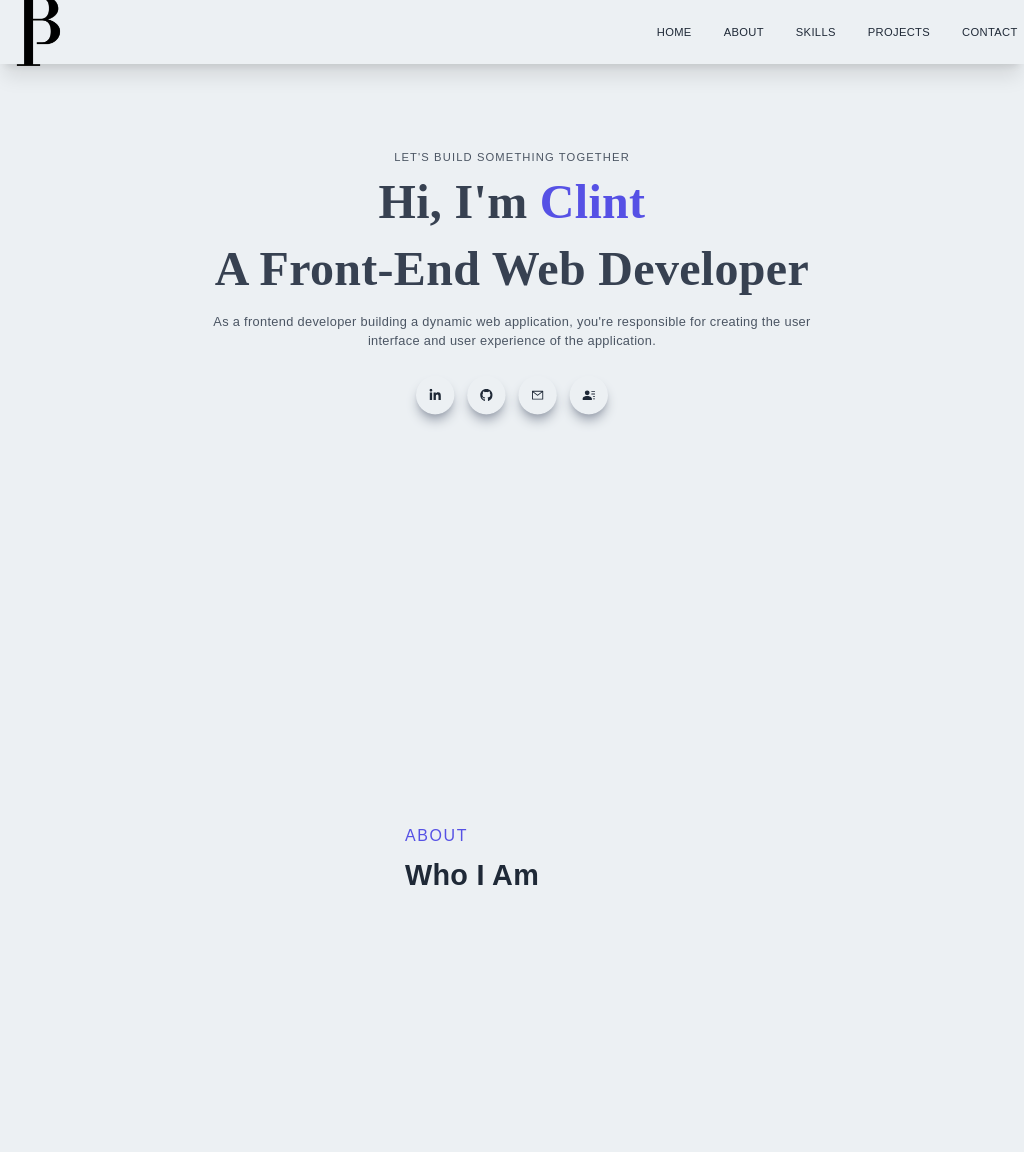
Repository: bittu-Patel/portfolio-resume-next-js
Page: /
An editor plug-in stored every save of this project. The page is shown before and after the next save, followed by the edit.
The browser window is 1280 px wide. The pictures show the whole page, at 80% of full size.
The project was rebuilt for these pictures with package versions that can differ from the ones it lists, and the page was loaded fresh each time. The framework's server and built-in components were replaced by stand-ins that run in the browser. Also part of the build but not shown: next.config.js.

Above is the page before, as saved 2023-09-22 13:29:35.

### pages/_app.js

import '../styles/globals.css'

 function App({ Component, pageProps }) {
  return <Component {...pageProps} />
}

export default App

### pages/index.js
import About from '../components/About.jsx'
import Main from '../components/Main.jsx'
import Navbar from '../components/Navbar.jsx'
import React from 'react'

const index = () => {
  return (
    <div>
      <Navbar />
     <Main />
     <About />
    </div>
  )
}

export default index

### components/About.jsx
import React from 'react'

const About = () => {
  return (
    <div className='w-full md:h-screen p-2  flex items-center py-16'>
        <div className='max-w-[1240] m-auto md:grid grid-cols-3 gap-8'>
            <div className='col-span-2'>
                <p className='uppercase text-xl tracking-widest text-[#5651e5]'>About</p>

                <h2 className='py-4'>Who I Am</h2>



                <p></p>

            </div>
            <div></div>
        </div>
    </div>
  )
}

export default About

### components/Main.jsx
import { AiOutlineMail } from 'react-icons/ai'
import { BsFillPersonLinesFill } from 'react-icons/bs';
import { FaGithub, FaLinkedinIn } from 'react-icons/fa'

const Main = () => {
  return (
    <div className='w-full h-screen text-center'>
      <div className='max-w-[1240px] w-full h-full mx-auto p-2 flex justify-center items-center'>
        <div>
<p className='uppercase text-sm tracking-widest text-gray-600'>Let&apos;S build something together</p>
<h1 className='py-4 text-gray-700'>
            Hi, I&#39;m <span className='text-[#5651e5]'> Clint</span>
          </h1>
          <h1 className=' py-2 text-gray-700'>
          A Front-End Web Developer
          </h1>
          <p className='py-4 text-gray-600 max-w-[70%] m-auto'>As a frontend developer building a dynamic web application, you&apos;re responsible for creating the user interface and user experience of the application.</p>
        <div className=' gap-4 flex items-center justify-center max-w-[330px] m-auto py-4'>
<div className='rounded-full shadow-lg shadow-gray-400 p-4 cursor-pointer hover:scale-105 ease-in duration-300'>
  <FaLinkedinIn />
</div>
<div className='rounded-full shadow-lg shadow-gray-400 p-4 cursor-pointer hover:scale-105 ease-in duration-300'>
  <FaGithub />
</div>
<div className='rounded-full shadow-lg shadow-gray-400 p-4 cursor-pointer hover:scale-105 ease-in duration-300'>
  <AiOutlineMail />
</div>
<div className='rounded-full shadow-lg shadow-gray-400 p-4 cursor-pointer hover:scale-105 ease-in duration-300'>
  <BsFillPersonLinesFill />
</div>
        </div>
        </div>
      </div>
    </div>
  )
}

export default Main

### components/Navbar.jsx
import Image from 'next/image'
import React, { useState } from 'react'
import { FaGithub, FaLinkedinIn } from 'react-icons/fa';
import { BsFillPersonLinesFill } from 'react-icons/bs';
import Link from 'next/link'
import { AiOutlineClose, AiOutlineMenu ,AiOutlineMail } from 'react-icons/ai'

const Navbar = () => {
    const [nav, setNav] = useState(false)

    const handleNav = () => {
        setNav(!nav)
    }
  return (
    <div className='fixed w-full h-20 shadow-xl z-[100]'>
<div className='flex justify-between items-center w-full h-full px-2 2xl:px-16'>
    <Image src="/../assets/navLogo.png" alt="/" width='80' height='20' />
<div>
    <ul className='hidden md:flex'>
        <Link href='/'>
            <li className='ml-10 text-sm uppercase hover:border-b'>Home</li>
        </Link>
        <Link href='/'>
            <li className='ml-10 text-sm uppercase hover:border-b'>About</li>
        </Link>
        <Link href='/'>
            <li className='ml-10 text-sm uppercase hover:border-b'>Skills</li>
        </Link>
        <Link href='/'>
            <li className='ml-10 text-sm uppercase hover:border-b'>Projects</li>
        </Link>
        <Link href='/'>
            <li className='ml-10 text-sm uppercase hover:border-b'>Contact</li>
        </Link>
    </ul>
    <div onClick={handleNav} className='md:hidden'>
    <AiOutlineMenu />
    </div>
</div>
</div>
<div className={nav ? 'md:hidden fixed left-0 top-0 w-full h-screen bg-black/70' : ''}>
<div
          className={
            nav
              ? ' fixed left-0 top-0 w-[75%] sm:w-[60%] md:w-[45%] h-screen bg-[#ecf0f3] p-10 ease-in duration-500'
              : 'fixed left-[-100%] top-0 p-10 ease-in duration-500'
          }
        >
 <div >
    <div className='flex w-full items-center justify-between'>
<Image src="/../assets/navLogo.png" width='80' height='30' alt='/'/>
<div onClick={handleNav} className='rounded-full shadow-lg shadow-gray-400 p-3 cursor-pointer'>
<AiOutlineClose />
</div>
    </div>
    <div onClick={handleNav} className='border-b border-gray-300 my-4'>
        <p className='w-[85%] md:w-[90%] py-4'>Let&apos;S build something together </p>
    </div>
 </div>
 <div className='py-2 flex flex-col'>
    <ul className='uppercase'>
        <Link href='/'>
            <li className='py-4 text-sm'>Home</li>
        </Link>
        <Link href='/'>
            <li className='py-4 text-sm'>About</li>
        </Link>
        <Link href='/'>
            <li className='py-4 text-sm'>Skills</li>
        </Link>
        <Link href='/'>
            <li className='py-4 text-sm'>Projects</li>
        </Link>
        <Link href='/'>
            <li className='py-4 text-sm'>Contact</li>
        </Link>
    </ul>
    <div className='pt-40'>
 <p className='uppercase tracking-widest text-[#5651e5]'>
    Let&apos;S Connect
    </p>
    <div className='flex items-center justify-between my-4 w-full sm:w-[80%]'>
 <div className='rounded-full shadow-lg shadow-gray-400 p-3 cursor-pointer hover:scale-105 ease-in duration-300'>
 <FaLinkedinIn />
 </div>
 <div className='rounded-full shadow-lg shadow-gray-400 p-3 cursor-pointer hover:scale-105 ease-in duration-300'>
 <FaGithub />
 </div>
 <div className='rounded-full shadow-lg shadow-gray-400 p-3 cursor-pointer hover:scale-105 ease-in duration-300'>
 <AiOutlineMail />
 </div>
 <div className='rounded-full shadow-lg shadow-gray-400 p-3 cursor-pointer hover:scale-105 ease-in duration-300'>
 <BsFillPersonLinesFill />
 </div>
</div>
    </div>
 </div>
    </div>
</div>
    </div>
  )
}

export default Navbar

Loaded but not shown: pages/_document.tsx (common file); styles/globals.css (common file); tailwind.config.ts (common file)

After the next save:
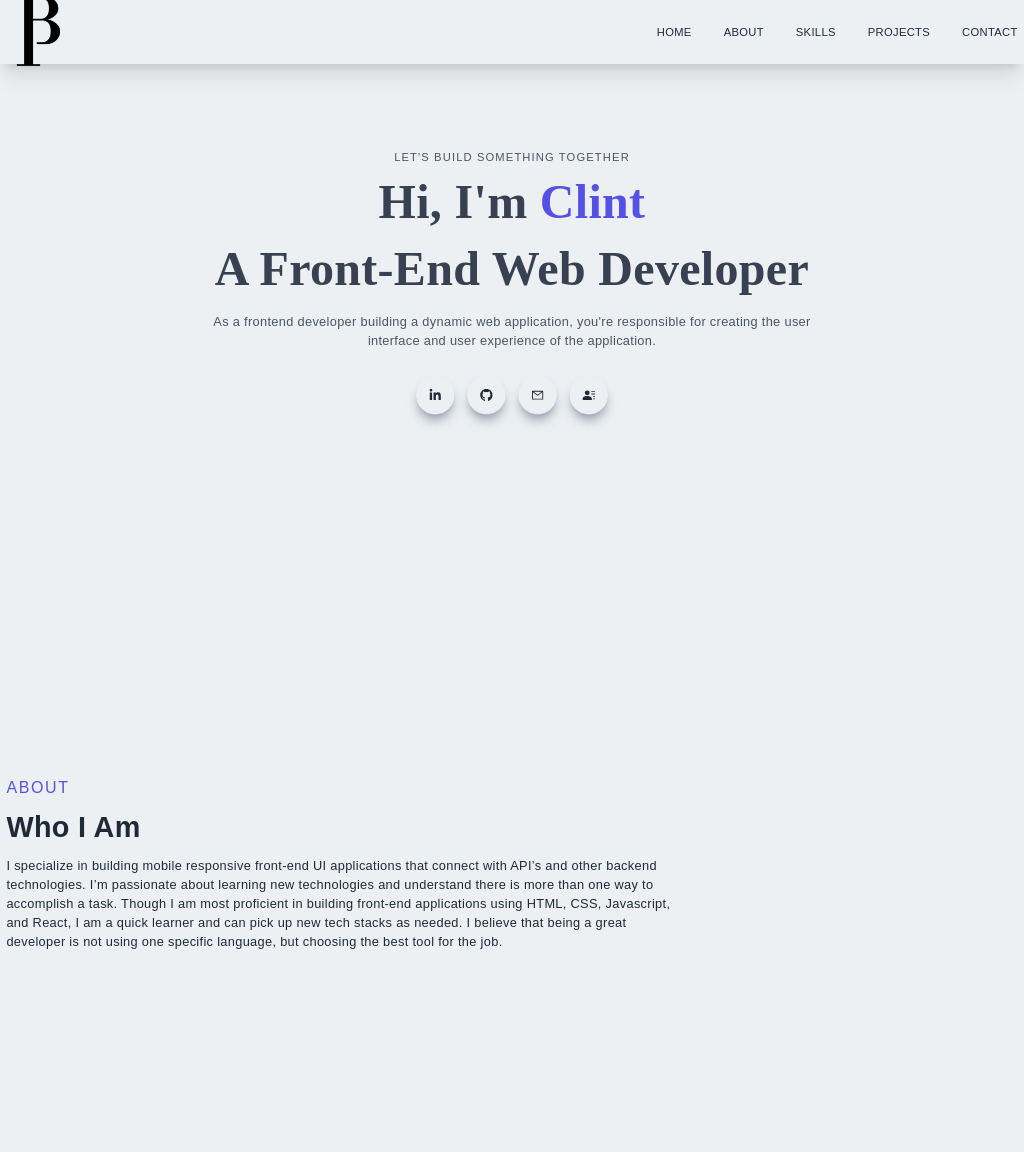
Saved 28 s later.
--- a/components/About.jsx
+++ b/components/About.jsx
@@ -11,7 +11,14 @@ const About = () => {
 
 
 
-                <p></p>
+                <p>I specialize in building mobile responsive front-end UI applications
+            that connect with API’s and other backend technologies. I’m
+            passionate about learning new technologies and understand there is
+            more than one way to accomplish a task. Though I am most proficient
+            in building front-end applications using HTML, CSS, Javascript, and
+            React, I am a quick learner and can pick up new tech stacks as
+            needed. I believe that being a great developer is not using one
+            specific language, but choosing the best tool for the job.</p>
 
             </div>
             <div></div>
